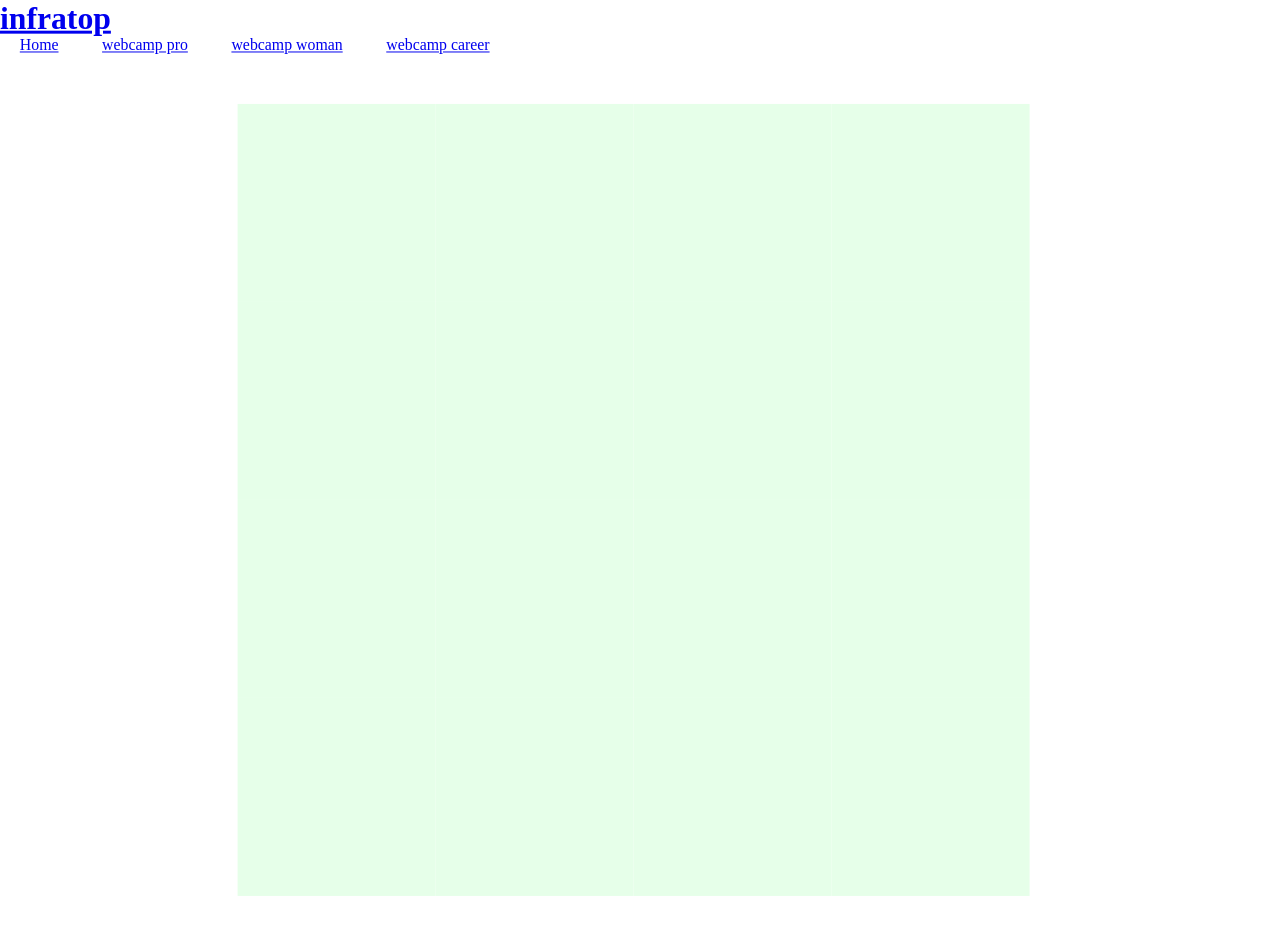
Repository: yuu3176/theme1
Page: 1-5/1-5.html
The author's editor kept a record of every edit. The page is drawn from the files as they stood at one moment, then again after the next edit.
The browser window is 1280 px wide. The pictures show the whole page, at 99% of full size.

Above is the page before.

After the next edit:
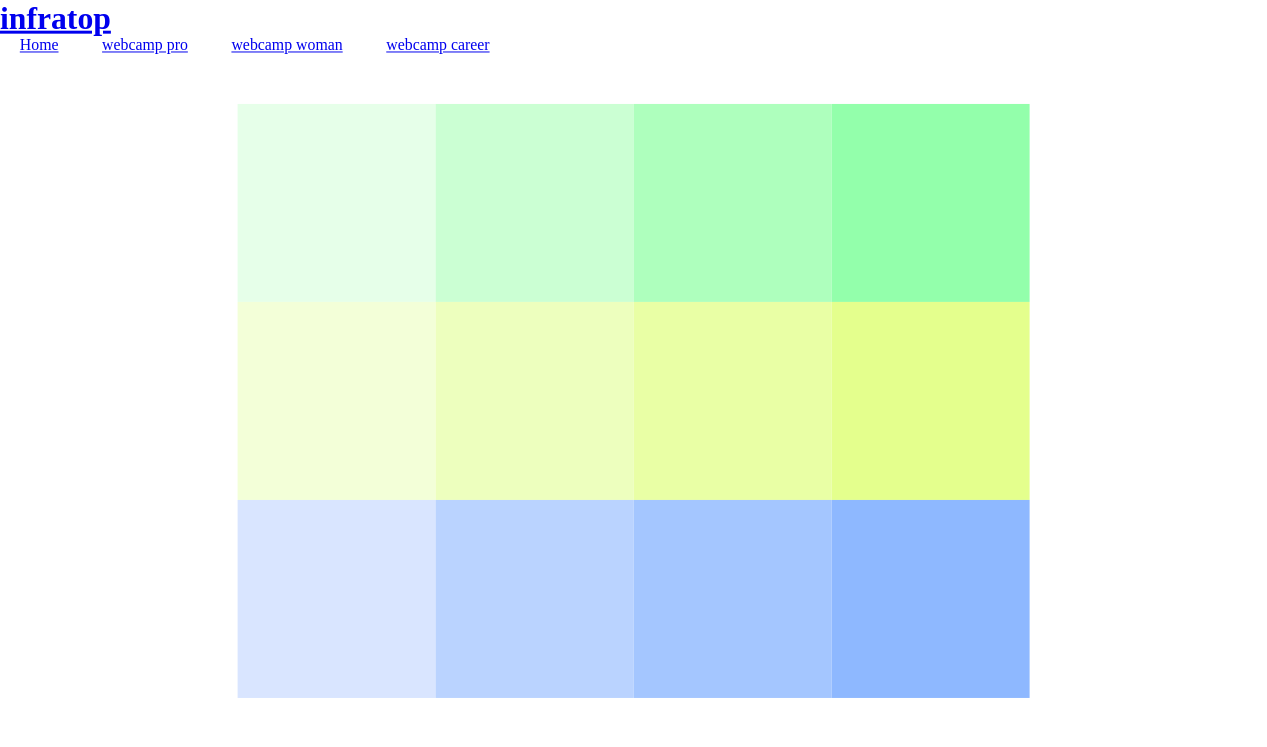
The edit:
--- a/1-5/1-5.html
+++ b/1-5/1-5.html
@@ -30,22 +30,17 @@
     </nav>
     <div class="main">
       <div class="color-green1"></div>
-      <div class="color-green1"></div>
-      <div class="color-green1"></div>
-      <div class="color-green1"></div>
-      <div class="color-green1"></div>
-      <div class="color-green1"></div>
-      <div class="color-green1"></div>
-      <div class="color-green1"></div>
-      <div class="color-green1"></div>
-      <div class="color-green1"></div>
-      <div class="color-green1"></div>
-      <div class="color-green1"></div>
-      <div class="color-green1"></div>
-      <div class="color-green1"></div>
-      <div class="color-green1"></div>
-      <div class="color-green1"></div>
-
+      <div class="color-green2"></div>
+      <div class="color-green3"></div>
+      <div class="color-green4"></div>
+      <div class="color-yellow1"></div>
+      <div class="color-yellow2"></div>
+      <div class="color-yellow3"></div>
+      <div class="color-yellow4"></div>
+      <div class="color-blue1"></div>
+      <div class="color-blue2"></div>
+      <div class="color-blue3"></div>
+      <div class="color-blue4"></div>
     </div>
   </body>
 </html>
